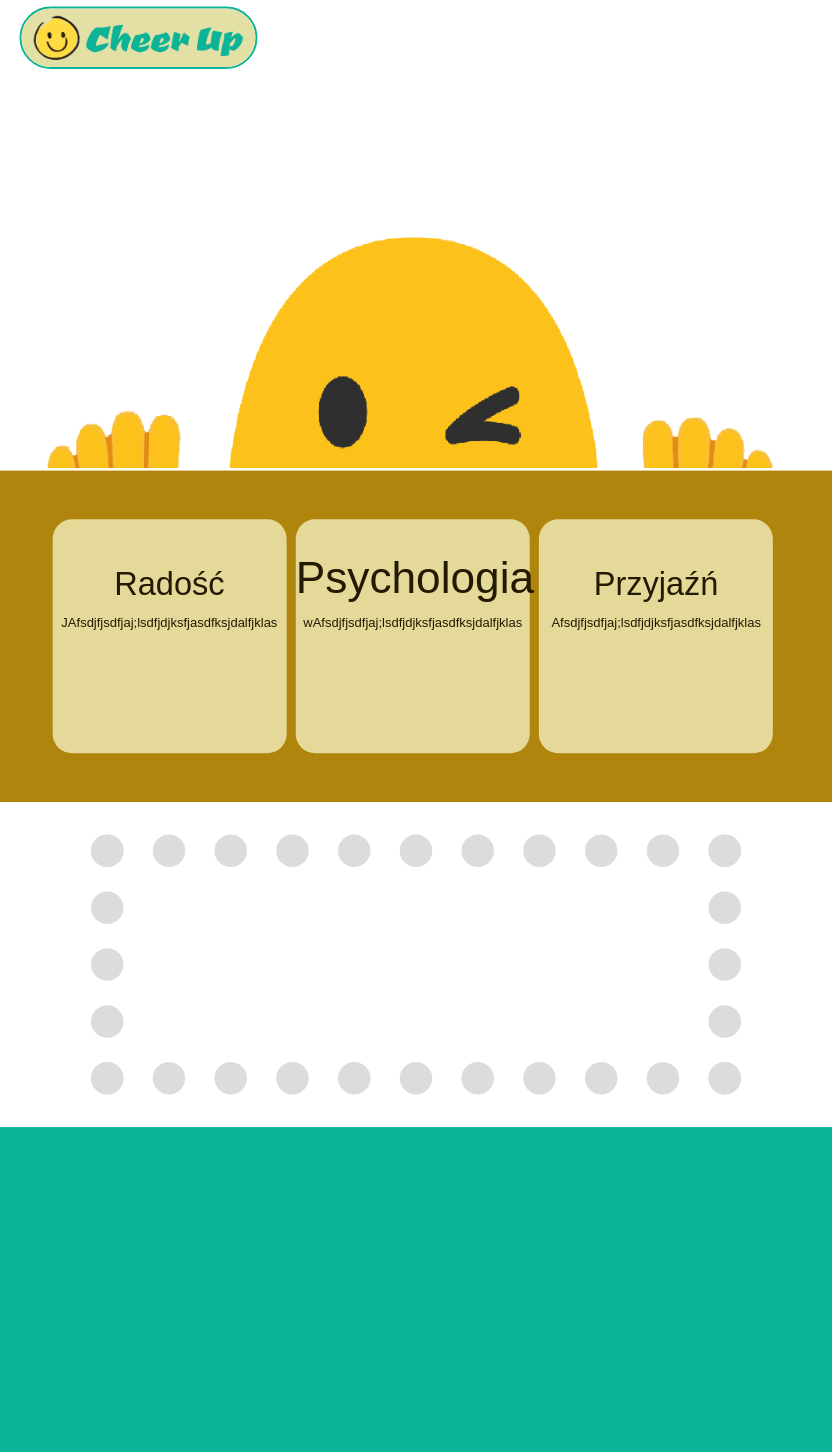
Repository: addstaw/moja-strona
Page: index.html
An editor plug-in stored every save of this project. The page is shown before and after the next save, followed by the edit.
The browser window is 1280 px wide. The pictures show the whole page, at 65% of full size.
Some web fonts or font styles are not loaded; a fallback is used.

Above is the page before, as saved 2020-05-11 18:44:06.

### index.html
<!DOCTYPE html>
<html lang="pl">
    <head>
        <meta charset="utf-8"/>
        <title> Cheer Up</title>
        <link rel="shortcut icon" href="png/logo1.png" type="image/x-icon" />
        <meta name="description" content="Uśmiech to coś więcej niż prosty wyraz emocji. To nasza dusza wypuszczona na zewnątrz."/>
        <meta name="keywords" content="uśmiech, szczęście"/>
        <meta http-equiv="X-UA-Compatible" content="IE=edge, chrome=1"/>
        <link rel="stylesheet" href="css/style6.css" type="text/css"/>
        <link href="https://fonts.googleapis.com/css2?family=Ceviche+One&display=swap" rel="stylesheet">

    </head>
    <body>
        <div id="maincontainer">
            <herder>
                <div id="header">
                    <nav>
                        <span><img id="logo" src="png/header.png" width=360" height="90"/></span>
                    </nav>
                </div>
            </header>

            <div id="pause">

            </div>
            <section>
                <img id="emoticon" src="png/page4.png" width=100%" />
            </section>
        </div>
    <article>
            <div class="content">
                <div id="container">
                    <div id="introduce">
                        <header><div class="headerIntroduce">Radość</div></header>
                        <article><div class="contentIntroduce">
                        JAfsdjfjsdfjaj;lsdfjdjksfjasdfksjdalfjklas
                        </div></article>
                    </div>
                    <div id="introduce">
                        <header><div class="headerIntroduce" id="mainHeaderIntroduce">Psychologia</div></header>
                        <article><div class="contentIntroduce">
                            wAfsdjfjsdfjaj;lsdfjdjksfjasdfksjdalfjklas
                        </div></article>
                    </div>
                    <div id="introduce">
                        <header><div class="headerIntroduce">Przyjaźń</div></header>
                        <article><div class="contentIntroduce">
                            Afsdjfjsdfjaj;lsdfjdjksfjasdfksjdalfjklas
                        </div></article>
                    </div>
                </div>
            </div>
    </article>
    <section>
        <div id="white">
            <article>
                <section><div class="quote"></div></section>
            </article>
        </div>
    </section>
    <footer>
        <div id="footer">

        </div>
    </footer>
    </body>
</html>

### css/style6.css
*{
    margin: 0px;
    font-family: sans-serif;
}
/*maincontaine*/
    #maincontainer{
        text-align: center;
    }
    #header{
        margin-right: 1500px;
    }
    #pause{
        /*height: calc(103vh - 80vw); first version*/
        height: calc(100vh - 110px - 100vw * (536/1919));
    }
    #logo{
        border-radius: 75px;
        border: 3px solid #0bb397;
        margin-left: 30px;
        margin-top: 10px;
        position: relative;

    }
/*Introduce*/
    .content{
        background-color: #b0850e;
        width: 100%;
        text-align: center;
        padding: 25px 0;
    }
        .headerIntroduce{
            font-size: 50px;
            margin-top: 50px;
            margin-bottom: 20px;
            padding-top: 20px;
        }
            #mainHeaderIntroduce{
                font-size: 68px;
                padding-top: 0;
             }
        .contentIntroduce{
            font-size: 20px;
        }

    #introduce{
        width: 50vh;
        height: 50vh;
        background-color: #f1efbb;
        margin-top: 50px;
        margin-bottom: 50px;
        margin-right: 10px;
        display: inline-block;
        border-radius: 30px;
        opacity: 80%;
    }
    #introduce:hover{
        width: calc(50vh - 10px);
        height: calc(50vh - 10px);
        background-color: #f1efbb;/*#e3e0a6;*/
        margin-top: 45px;
        margin-bottom: 45px;
        margin-right: 10px;
        display: inline-block;
        border-radius: 30px;
        border: solid 5px #0bb397;
        opacity: 100%;
        transition: 0.25s;
    }
/* Quotes */
#white{
    height: 500px;
    background-color: #fff;
    text-align: center;
}
    .quote{
        width: 900px;
        height: 300px;
        background-color: #fff;
        margin: 50px;
        display: inline-block;
        border: 50px dotted gainsboro;
        border-collapse: inherit;
    }
#footer{
    height: 500px;
    background-color: #0bb397;
}

After the next save:
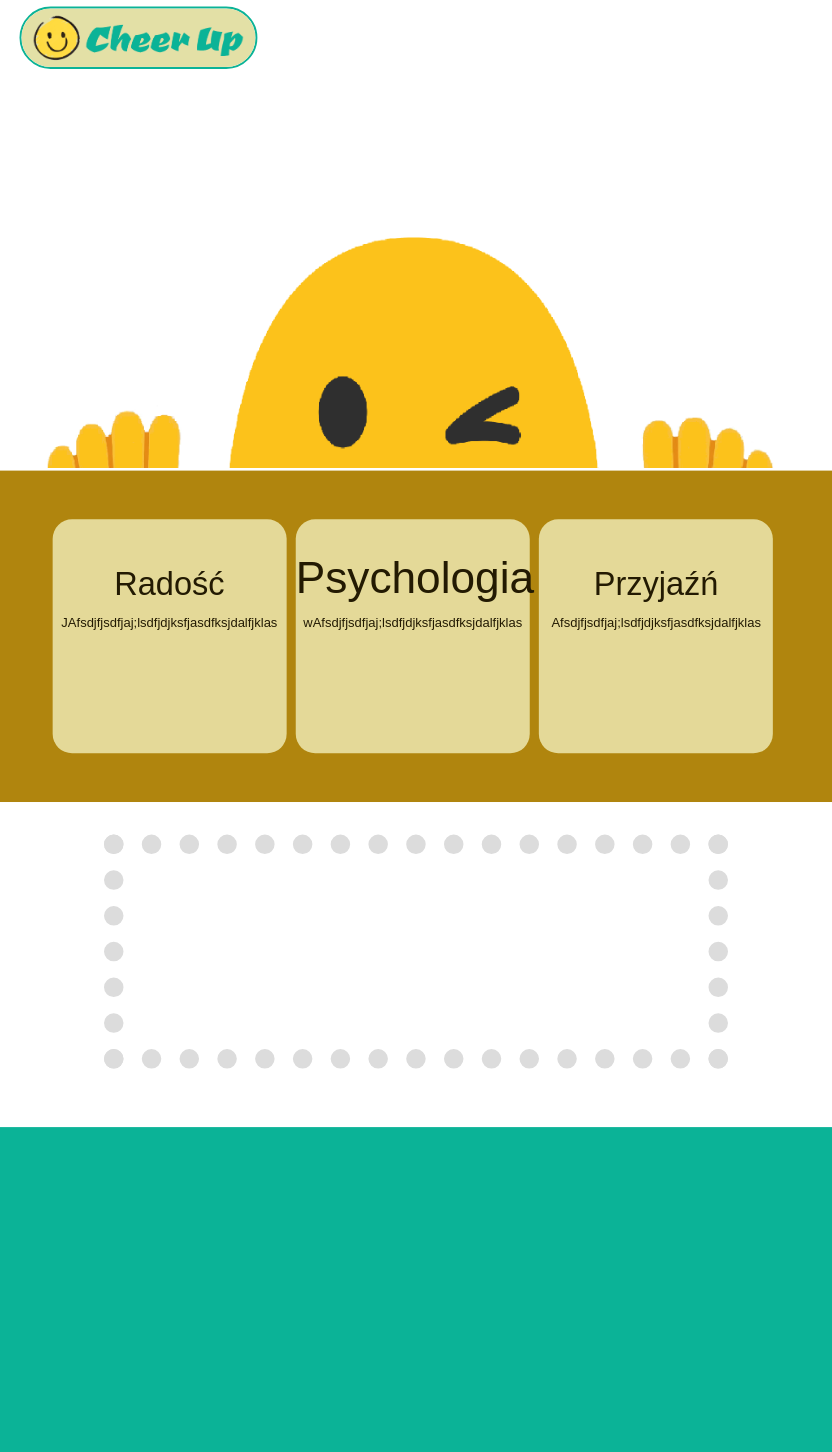
Saved 42 s later.
--- a/css/style6.css
+++ b/css/style6.css
@@ -78,7 +78,7 @@
         background-color: #fff;
         margin: 50px;
         display: inline-block;
-        border: 50px dotted gainsboro;
+        border: 30px dotted gainsboro;
         border-collapse: inherit;
     }
 #footer{
